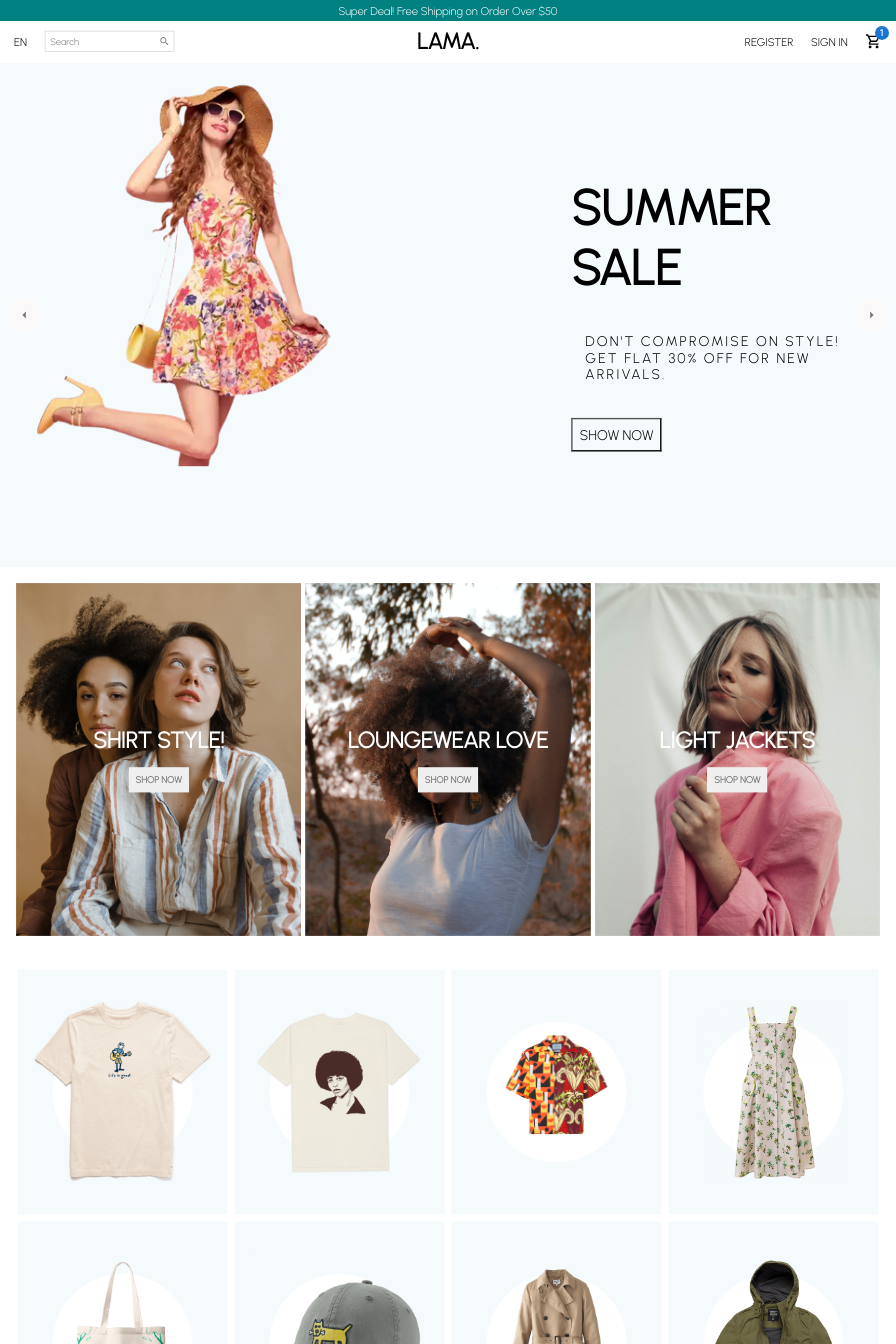
Repository: kmvaghela/ECOMMERCE
Page: /
An editor plug-in stored every save of this project. The page is shown before and after the next save, followed by the edit.
The browser window is 1280 px wide. The pictures show the part of the page from y = 0 to 1920 px (the page is 2808 px tall before and 720 px after), at 70% of full size.
The project was rebuilt for these pictures with package versions that can differ from the ones it lists, and the page was loaded fresh each time. Also part of the build but not shown: src/pages/Product.jsx, src/pages/ProductList.jsx, src/pages/Register.jsx, src/pages/Cart.jsx.

Above is the page before, as saved 2022-02-24 22:29:28.

### public/index.html
<!DOCTYPE html>
<html lang="en">

<head>
  <meta charset="utf-8" />
  <meta name="viewport" content="width=device-width, initial-scale=1" />
  <meta name="description" content="Web site created using create-react-app" />
  <link href="https://fonts.googleapis.com/css2?family=Urbanist:wght@100;200;300&display=swap" rel="stylesheet">
  <style>
    * {
      margin: 0;
      font-family: 'Urbanist', sans-serif;
    }
  </style>
  <title>React App</title>
</head>

<body>
  <noscript>You need to enable JavaScript to run this app.</noscript>
  <div id="root"></div>
</body>

</html>

### src/App.jsx
import Home from "./pages/Home";
import Product from "./pages/Product";
import ProductList from "./pages/ProductList";
import Register from "./pages/Register";
import Login from "./pages/Login";
import Cart from "./pages/Cart";

const App = () => {
  return (
    <Home />
    // <ProductList />
    // <Product />
    // <Register />
    // <Login />
    // <Cart />
  );
};

export default App;

### src/pages/Home.jsx
import React from "react";
import Announcement from "../components/Announcement";
import Categories from "../components/Categories";
import Navbar from "../components/Navbar";
import Products from "../components/Products";
import Slider from "../components/Slider";
import Newsletter from "../components/Newsletter";
import Footer from "../components/Footer";

const Home = () => {
  return (
    <div>
      <Announcement />
      <Navbar />
      <Slider />
      <Categories />
      <Products />
      <Newsletter />
      <Footer />
    </div>
  );
};
export default Home;

### src/components/Announcement.jsx
import styled from "styled-components";

const Container = styled.div`
  height: 30px;
  background-color: teal;
  color: white;
  display: flex;
  align-items: center;
  justify-content: center;
  font-size: 14;
  font-weight: 500;
`;

const Announcement = () => {
  return (
    <Container>
      Super Deal! Free Shipping on Order Over $50
    </Container>
  );
};

export default Announcement;

### src/components/Categories.jsx
import styled from "styled-components";
import { categories } from "../data";
import CategoryItem from "./CategoryItem";
import { mobile } from "../responsive";

const Container = styled.div`
  display: flex;
  padding: 20px;
  justify-content: space-between;
  ${mobile({ padding: "0px", flexDirection: "column" })}
`;

const Categories = () => {
  return (
    <Container>
      {categories.map((item) => (
        <CategoryItem item={item} key={item.id} />
      ))}
    </Container>
  );
};

export default Categories;

### src/components/Navbar.jsx
import React from "react";
import styled from "styled-components";
import SearchOutlinedIcon from "@mui/icons-material/SearchOutlined";
import ShoppingCartOutlinedIcon from "@mui/icons-material/ShoppingCartOutlined";
import Badge from "@mui/material/Badge";
import { mobile } from "../responsive";

const Container = styled.div`
  height: 60px;
  ${mobile({ height: "50px" })}
`;
const Wrapper = styled.div`
  padding: 10px 20px;
  display: flex;
  align-items: center;
  justify-content: space-between;
  ${mobile({ padding: "10px 0px" })}
`;
const Left = styled.div`
  flex: 1;
  display: flex;
  align-items: center;
`;
const Language = styled.span`
  font-size: 14;
  cursor: pointer;
  ${mobile({ display: "none" })}
`;
const SearchContainer = styled.div`
  border: 0.5px solid lightgray;
  display: flex;
  align-items: center;
  margin-left: 25px;
  padding: 5px;
`;
const Input = styled.input`
  border: none;
  ${mobile({ width: "50px" })}
`;

const Center = styled.div`
  flex: 1;
`;
const Logo = styled.h1`
  font-weight: bold;
  text-align: center;
  ${mobile({ fontSize: "24px" })}
`;

const Right = styled.div`
  flex: 1;
  display: flex;
  align-items: center;
  justify-content: flex-end;
  ${mobile({ flex: 2, justifyContent: "center" })}
`;
const MenuItem = styled.div`
  font-size: 14;
  cursor: pointer;
  margin-left: 25px;
  ${mobile({ fontSize: "12px", marginLeft: "10px" })}
`;

const Navbar = () => {
  return (
    <Container>
      <Wrapper>
        <Left>
          <Language>EN</Language>
          <SearchContainer>
            <Input placeholder="Search" />
            <SearchOutlinedIcon style={{ color: "gray", fontSize: 16 }} />
          </SearchContainer>
        </Left>
        <Center>
          <Logo>LAMA.</Logo>
        </Center>
        <Right>
          <MenuItem>REGISTER</MenuItem>
          <MenuItem>SIGN IN</MenuItem>
          <MenuItem>
            <Badge badgeContent={1} color="primary">
              <ShoppingCartOutlinedIcon />
            </Badge>
          </MenuItem>
        </Right>
      </Wrapper>
    </Container>
  );
};
export default Navbar;

### src/components/Products.jsx
import React from "react";
import styled from "styled-components";
import { popularProducts } from "../data";
import Product from "./Product";

const Container = styled.div`
  padding: 20px;
  display: flex;
  flex-wrap: wrap;
  justify-content: space-between;
`;

const Products = () => {
  return (
    <Container>
      {popularProducts.map((item) => (
        <Product item={item} key={item.id} />
      ))}
    </Container>
  );
};

export default Products;

### src/components/Slider.jsx
import React, { useState } from "react";
import styled from "styled-components";
import { ArrowLeftOutlined, ArrowRightOutlined } from "@mui/icons-material";
import { sliderItems } from "../data";
import { mobile } from "../responsive";

const Container = styled.div`
  width: 100%;
  height: 100vh;
  display: flex;
  position: relative;
  overflow: hidden;
  ${mobile({ display: "none" })}
`;
const Arrow = styled.div`
  width: 50px;
  height: 50px;
  background-color: #fff7f7;
  border-radius: 50%;
  display: flex;
  align-items: center;
  justify-content: center;
  position: absolute;
  top: 0;
  bottom: 0;
  left: ${(props) => props.direction === "left" && "10px"};
  right: ${(props) => props.direction === "right" && "10px"};
  margin: auto;
  cursor: pointer;
  opacity: 0.5;
  z-index: 2;
`;

const Wrapper = styled.div`
  height: 100%;
  display: flex;
  transform: translateX(${(props) => props.slideIndex * -100}vw);
  transition: all 1.5s ease;
`;

const Slide = styled.div`
  width: 100vw;
  height: 100vh;
  display: flex;
  align-items: center;
  background-color: ${(props) => props.bg};
`;
const ImgContainer = styled.div`
  height: 100%;
  flex: 1;
`;
const InfoContainer = styled.div`
  flex: 1;
  padding: 50px;
`;
const Image = styled.img`
  height: 80%;
`;

const Title = styled.h1`
  font-size: 70px;
`;
const Desc = styled.p`
  margin: 50px 20px;
  font-size: 20px;
  font-weight: 500;
  letter-spacing: 3px;
`;
const Button = styled.button`
  padding: 10px;
  font-size: 20px;
  background-color: transparent;
  cursor: pointer;
`;

const Slider = () => {
  const [slideIndex, setSlideIndex] = useState(0);
  const handleClick = (direction) => {
    if (direction === "left") {
      setSlideIndex(slideIndex > 0 ? slideIndex - 1 : 2);
    } else {
      setSlideIndex(slideIndex < 2 ? slideIndex + 1 : 0);
    }
  };
  return (
    <Container>
      <Arrow direction="left" onClick={() => handleClick("left")}>
        <ArrowLeftOutlined />
      </Arrow>
      <Wrapper slideIndex={slideIndex}>
        {sliderItems.map((item) => (
          <Slide bg={item.bg} key={item.id}>
            <ImgContainer>
              <Image src={item.img} alt="" />
            </ImgContainer>
            <InfoContainer>
              <Title>{item.title}</Title>
              <Desc>{item.desc}</Desc>
              <Button>SHOW NOW</Button>
            </InfoContainer>
          </Slide>
        ))}
      </Wrapper>
      <Arrow direction="right" onClick={() => handleClick("right")}>
        <ArrowRightOutlined />
      </Arrow>
    </Container>
  );
};

export default Slider;

### src/components/Newsletter.jsx
import React from "react";
import styled from "styled-components";
import SendIcon from "@mui/icons-material/Send";
import { mobile } from "../responsive";

const Container = styled.div`
  height: 60vh;
  background-color: #fcf5f5;
  display: flex;
  align-items: center;
  justify-content: center;
  flex-direction: column;
`;

const Title = styled.h1`
  font-size: 70px;
  margin-bottom: 20px;
  font-weight: 300;
`;

const Description = styled.div`
  font-size: 24px;
  margin-bottom: 20px;
  ${mobile({ textAlign: "center" })}
`;

const InputContainer = styled.div`
  width: 50%;
  height: 40px;
  background-color: white;
  display: flex;
  justify-content: space-between;
  border: 1px solid lightgray;
  ${mobile({ width: "80%" })}
`;

const Input = styled.input`
  border: none;
  flex: 8;
  padding-left: 20px;
`;

const Button = styled.button`
  flex: 1;
  border: none;
  background-color: teal;
  color: white;
`;

const Newsletter = () => {
  return (
    <Container>
      <Title>Newsletter</Title>
      <Description>
        Get timely updates from your favourite products.
      </Description>
      <InputContainer>
        <Input placeholder="Your Email" />
        <Button>
          <SendIcon />
        </Button>
      </InputContainer>
    </Container>
  );
};

export default Newsletter;

### src/components/Footer.jsx
import React from "react";
import styled from "styled-components";
import FacebookIcon from "@mui/icons-material/Facebook";
import InstagramIcon from "@mui/icons-material/Instagram";
import TwitterIcon from "@mui/icons-material/Twitter";
import PinterestIcon from "@mui/icons-material/Pinterest";
import RoomIcon from "@mui/icons-material/Room";
import PhoneIcon from "@mui/icons-material/Phone";
import MailOutlineIcon from "@mui/icons-material/MailOutline";
import PaymentImage from "../assets/payment.PNG";
import { mobile } from "../responsive";
const Container = styled.div`
  display: flex;
  ${mobile({ flexDirection: "column" })}
`;

const Left = styled.div`
  flex: 1;
  display: flex;
  flex-direction: column;
  padding: 20px;
`;
const Center = styled.div`
  flex: 1;
  padding: 20px;
  ${mobile({ display: "none" })}
`;
const Right = styled.div`
  flex: 1;
  padding: 20px;
  ${mobile({ backgroundColor: "#fff8f8" })}
`;

const Logo = styled.h1``;

const Description = styled.p`
  margin: 20px 0px;
`;

const SocialContainer = styled.div`
  display: flex;
`;

const SocialIcon = styled.div`
  height: 40px;
  width: 40px;
  border-radius: 50%;
  color: white;
  background-color: ${(props) => props.color};
  display: flex;
  align-items: center;
  justify-content: center;
  margin-right: 20px;
`;

const Title = styled.h3`
  margin-bottom: 30px;
`;

const List = styled.ul`
  margin: 0;
  padding: 0;
  list-style: none;
  display: flex;
  flex-wrap: wrap;
`;

const ListItem = styled.li`
  width: 50%;
  margin-bottom: 10px;
`;

const ContactItem = styled.div`
  margin-bottom: 20px;
  display: flex;
  align-items: center;
`;

const Payment = styled.img`
  width: 50%;
`;

const Footer = () => {
  return (
    <Container>
      <Left>
        <Logo>LAMA.</Logo>
        <Description>
          Lorem ipsum dolor sit amet consectetur adipisicing elit. Officiis
          aliquam nisi ab adipisci consequuntur laboriosam minima ut porro eum
          ex tenetur, iusto placeat nemo voluptate assumenda, numquam cum
          voluptatem magni!
        </Description>
        <SocialContainer>
          <SocialIcon color="#3B5999">
            <FacebookIcon />
          </SocialIcon>
          <SocialIcon color="#E4405F">
            <InstagramIcon />
          </SocialIcon>
          <SocialIcon color="#55ACEE">
            <TwitterIcon />
          </SocialIcon>
          <SocialIcon color="#E60023">
            <PinterestIcon />
          </SocialIcon>
        </SocialContainer>
      </Left>

      <Center>
        <Title>Useful Links</Title>
        <List>
          <ListItem>Home</ListItem>
          <ListItem>Cart</ListItem>
          <ListItem>Man Fashion</ListItem>
          <ListItem>Woman Fashion</ListItem>
          <ListItem>Accessories</ListItem>
          <ListItem>My Account</ListItem>
          <ListItem>Order Tracking</ListItem>
          <ListItem>Wishlist</ListItem>
          <ListItem>Terms</ListItem>
        </List>
      </Center>

      <Right>
        <Title>Contact</Title>
        <ContactItem>
          <RoomIcon style={{ marginRight: "10px" }} />
          622 Dixie Path, South Tobinchester 98989
        </ContactItem>
        <ContactItem>
          <PhoneIcon style={{ marginRight: "10px" }} />
          +1 234 56 78
        </ContactItem>
        <ContactItem>
          <MailOutlineIcon style={{ marginRight: "10px" }} />
          contact@lama.dev
        </ContactItem>
        <Payment src={PaymentImage} alt="not found" />
      </Right>
    </Container>
  );
};

export default Footer;

### src/data.js
import img1 from "./assets/1.png";
import img2 from "./assets/2.png";
import img3 from "./assets/3.png";
import caterogryImg1 from "./assets/category-item-images/1.jpg";
import caterogryImg2 from "./assets/category-item-images/2.jpg";
import caterogryImg3 from "./assets/category-item-images/3.jpg";
import ProductImg1 from "./assets/product-images/1.png";
import ProductImg2 from "./assets/product-images/2.png";
import ProductImg3 from "./assets/product-images/3.png";
import ProductImg4 from "./assets/product-images/4.png";
import ProductImg5 from "./assets/product-images/5.png";
import ProductImg6 from "./assets/product-images/6.png";
import ProductImg7 from "./assets/product-images/7.png";
import ProductImg8 from "./assets/product-images/8.png";

export const sliderItems = [
    {
        id: 1,
        img: img1,
        title: "SUMMER SALE",
        desc: "DON'T COMPROMISE ON STYLE! GET FLAT 30% OFF FOR NEW ARRIVALS.",
        bg: "#f5fafd",
    },
    {
        id: 2,
        img: img2,
        title: "AUTUMN COLLECTION",
        desc: "DON'T COMPROMISE ON STYLE! GET FLAT 30% OFF FOR NEW ARRIVALS.",
        bg: "#fcf1ed",
    },
    {
        id: 3,
        img: img3,
        title: "LOUNGEWEAR LOVE",
        desc: "DON'T COMPROMISE ON STYLE! GET FLAT 30% OFF FOR NEW ARRIVALS.",
        bg: "#fbf0f4",
    }
];

export const categories = [
    {
        id: 1,
        img: caterogryImg1,
        title: "SHIRT STYLE!",
    },
    {
        id: 2,
        img: caterogryImg2,
        title: "LOUNGEWEAR LOVE",
    },
    {
        id: 3,
        img: caterogryImg3,
        title: "LIGHT JACKETS",
    }
];

export const popularProducts = [
    {
        id: 1,
        img: ProductImg1,
    },
    {
        id: 2,
        img: ProductImg2,
    },
    {
        id: 3,
        img: ProductImg3,
    },
    {
        id: 4,
        img: ProductImg4,
    },
    {
        id: 5,
        img: ProductImg5,
    },
    {
        id: 6,
        img: ProductImg6,
    },
    {
        id: 7,
        img: ProductImg7,
    },
    {
        id: 8,
        img: ProductImg8,
    },

]

### src/components/CategoryItem.jsx
import React from "react";
import styled from "styled-components";
import {mobile} from "../responsive";
const Container = styled.div`
  flex: 1;
  margin: 3px;
  height: 70vh;
  position: relative;
`;

const Image = styled.img`
  width: 100%;
  height: 100%;
  object-fit: cover;
  background-color: coral;
  ${mobile({ height: "20vh" })}

`;
const Info = styled.div`
  position: absolute;
  top: 0;
  left: 0;
  width: 100%;
  height: 100%;
  display: flex;
  align-items: center;
  justify-content: center;
  flex-direction: column;
`;
const Title = styled.h1`
  color: white;
  margin-bottom: 20px;
`;
const Button = styled.button`
  border: none;
  padding: 10px;
  color: gray;
  cursor: pointer;
  font-weight: 600;
`;

const CategoryItem = ({ item }) => {
  return (
    <Container key={item.id}>
      <Image src={item.img} alt="not  found" />
      <Info>
        <Title>{item.title}</Title>
        <Button>SHOP NOW</Button>
      </Info>
    </Container>
  );
};

export default CategoryItem;

### src/responsive.js
import { css } from "styled-components";

export const mobile = (props) => {
    return css`
    @media only screen and (max-width:380px) {
     ${props}
    }
    `;
};

### src/components/Product.jsx
import React from "react";
import styled from "styled-components";
import ShoppingCartOutlined from "@mui/icons-material/ShoppingCartOutlined";
import SearchOutlined from "@mui/icons-material/SearchOutlined";
import FavoriteBorderOutlined from "@mui/icons-material/FavoriteBorderOutlined";

const Info = styled.div`
  width: 100%;
  height: 100%;
  position: absolute;
  top: 0;
  left: 0;
  z-index: 3;
  display: flex;
  align-items: center;
  justify-content: center;
  background-color: rgba(0, 0, 0, 0.2);
  opacity: 0;
  transition: all 0.5s ease;
  cursor: pointer;
`;

const Container = styled.div`
  flex: 1;
  margin: 5px;
  min-width: 280px;
  height: 350px;
  display: flex;
  align-items: center;
  justify-content: center;
  background-color: #f5fbfd;
  position: relative;

  &:hover ${Info} {
    opacity: 1;
  }
`;

const Circle = styled.div`
  background-color: white;
  width: 200px;
  height: 200px;
  border-radius: 50%;
  position: absolute;
`;

const Image = styled.img`
  height: 75%;
  z-index: 2;
`;

const Icon = styled.div`
  height: 40px;
  width: 40px;
  background-color: white;
  border-radius: 50%;
  display: flex;
  align-items: center;
  justify-content: center;
  margin: 10px;
  transition: all 0.5s ease;

  &:hover {
    background-color: #e9f5f5;
    transform: scale(1.1);
  }
`;

const Product = ({ item }) => {
  return (
    <Container>
      <Circle />
      <Image src={item.img} alt="" />
      <Info>
        <Icon>
          <ShoppingCartOutlined />
        </Icon>
        <Icon>
          <SearchOutlined />
        </Icon>
        <Icon>
          <FavoriteBorderOutlined />
        </Icon>
      </Info>
    </Container>
  );
};

export default Product;

### src/pages/Login.jsx
import React from "react";
import styled from "styled-components";
import RegisterBg from "../assets/register-bg.jpg";

const Container = styled.div`
  height: 100vh;
  width: 100vw;
  background: linear-gradient(
      rgba(255, 255, 255, 0.5),
      rgba(255, 255, 255, 0.5)
    ),
    url(${RegisterBg}) center;
  background-repeat: no-repeat;
  background-size: cover;
  display: flex;
  align-items: center;
  justify-content: center;
`;

const Wrapper = styled.div`
  width: 25%;
  padding: 20px;
  background-color: white;
`;

const Title = styled.div`
  font-size: 24px;
  font-weight: 300;
`;

const Form = styled.form`
  display: flex;
  flex-direction: column;
`;

const Input = styled.input`
  flex: 1;
  min-width: 40%;
  margin: 10px 0px;
  padding: 10px;
`;

const Button = styled.button`
  width: 40%;
  border: none;
  padding: 15px 20px;
  background-color: teal;
  color: white;
  cursor: pointer;
  margin-bottom: 10px;
`;

const Link = styled.a`
  margin: 5px 0px;
  font-size: 12px;
  text-decoration: underline;
  cursor: pointer;
`;

const Login = () => {
  return (
    <Container>
      <Wrapper>
        <Title>SIGN IN</Title>
        <Form>
          <Input placeholder="Username" />
          <Input placeholder="Password" />
          <Button>LOGIN</Button>
          <Link>DO NOT YOU REMEMBER THE PASSWORD ?</Link>
          <Link>CREATE A NEW ACCOUNT</Link>
        </Form>
      </Wrapper>
    </Container>
  );
};

export default Login;

Loaded but not shown: src/index.js (common file)

After the next save:
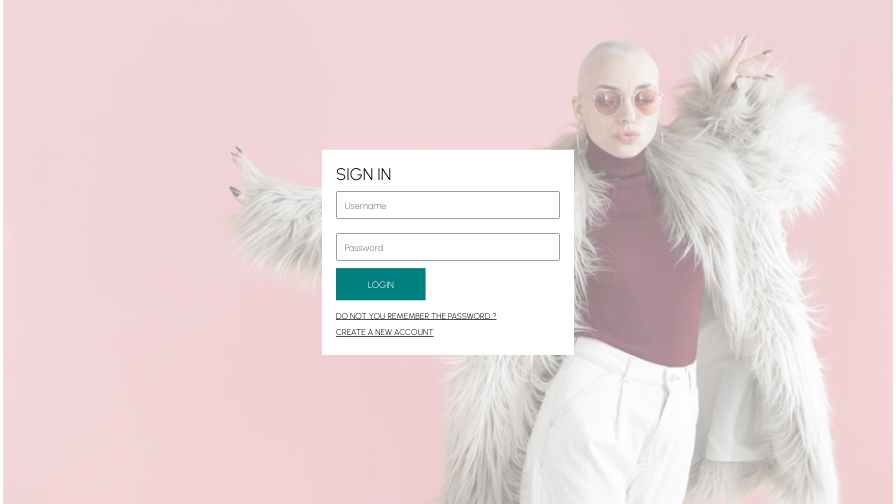
Saved 67 s later.
--- a/src/App.jsx
+++ b/src/App.jsx
@@ -7,11 +7,11 @@
 
 const App = () => {
   return (
-    <Home />
+    // <Home />
     // <ProductList />
     // <Product />
     // <Register />
-    // <Login />
+    <Login />
     // <Cart />
   );
 };
